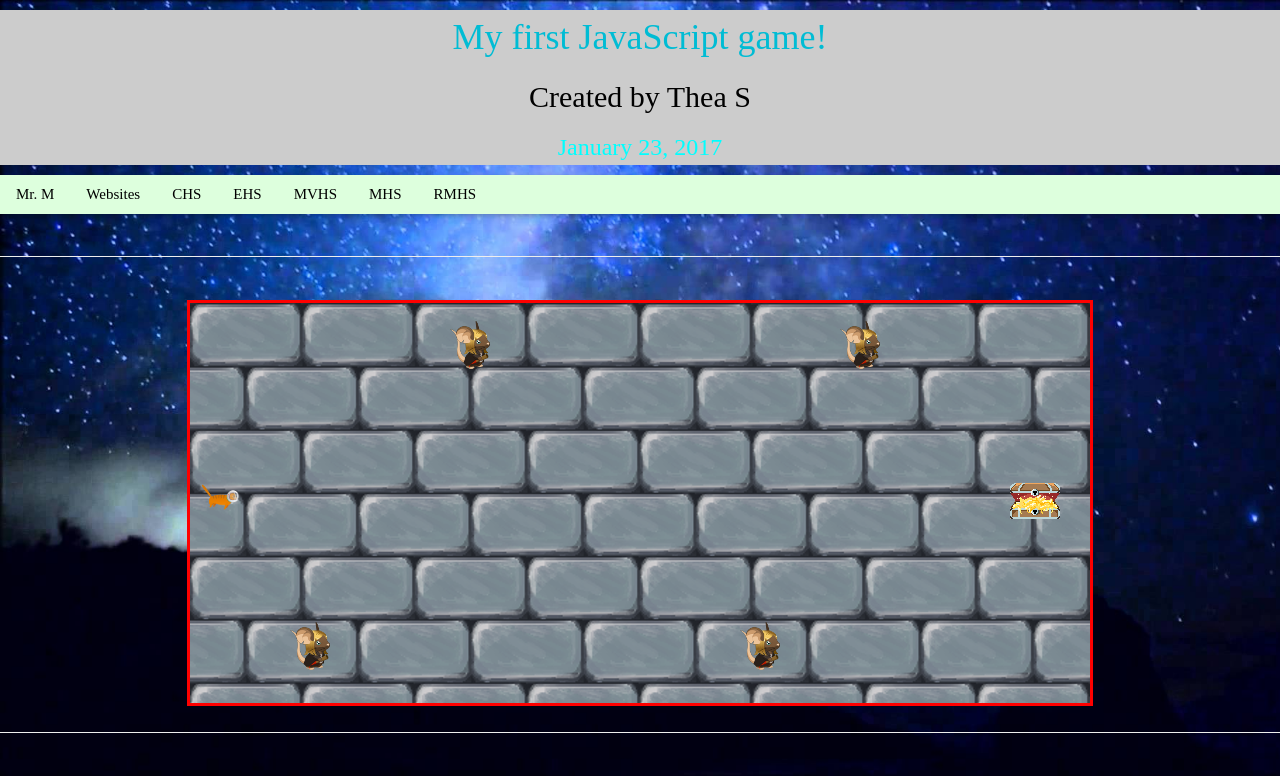
Repository: m-rabbit/b1_sukianto_code
Page: websites/Final/index.html
These files come from the project's save history. The page is drawn as it stood at one moment and after the next save; the edit follows.
The browser window is 1280 px wide. The pictures show the whole page.
Some web fonts or font styles are not loaded; a fallback is used.

Above is the page before, as saved 2017-01-23 15:46:36.

After the next save:
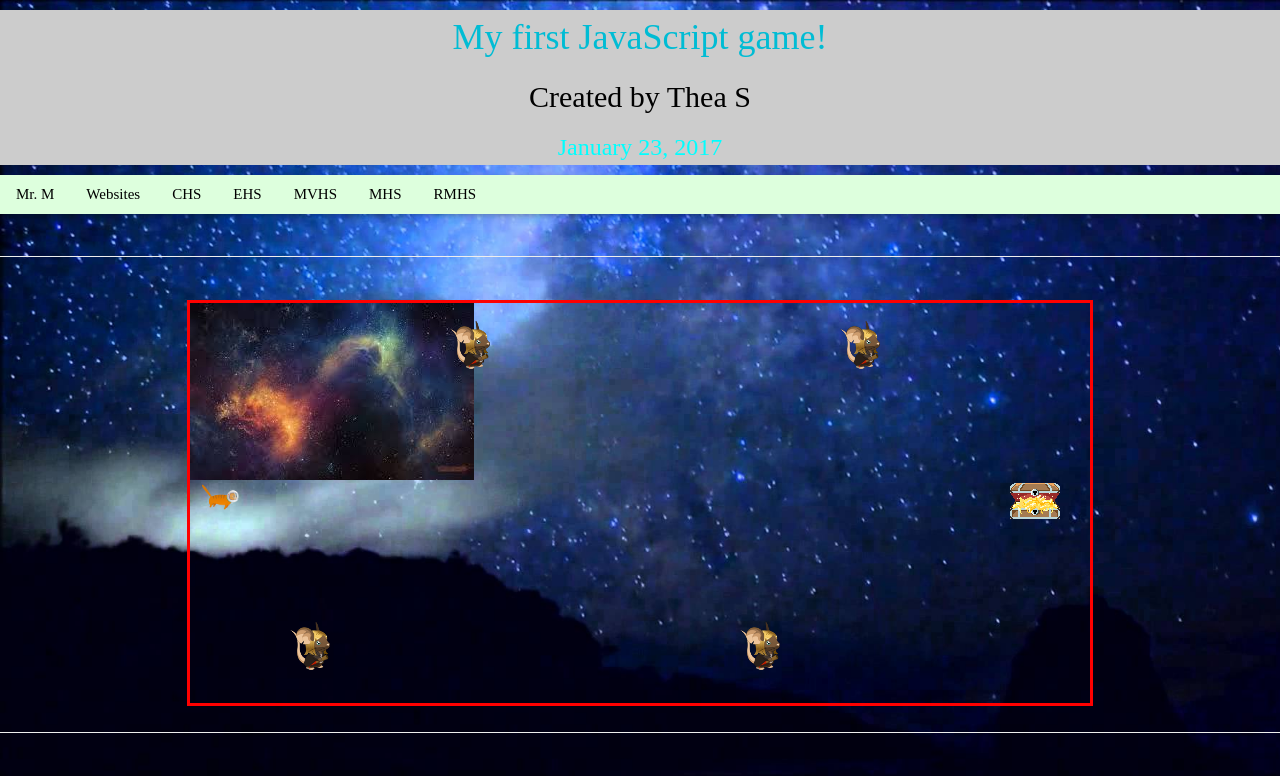
Saved 36 s later.
--- a/websites/Final/js/game.js
+++ b/websites/Final/js/game.js
@@ -115,7 +115,7 @@ window.addEventListener("load", function(){
 				sprites.enemy = new Image();
 				sprites.enemy.src = "sprites/enemy.png";
 				sprites.background = new Image();
-				sprites.background.src = "sprites/floor.png";
+				sprites.background.src = "sprites/download.jpg";
 			};
 
 			var checkCollision = function(rect1, rect2){
